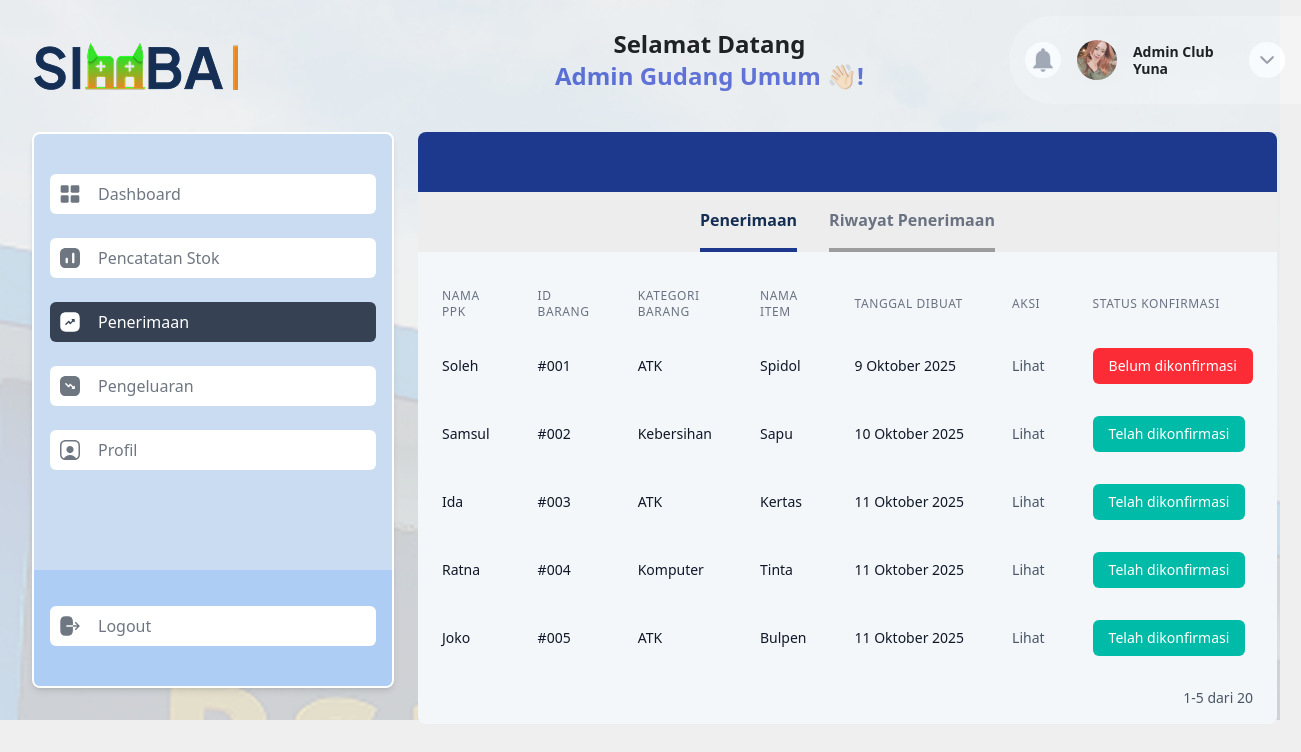
Repository: Gokerwow/inventory-fe
Page: /penerimaan
The author's editor kept a copy of each file at every save. The page is drawn from the files as they stood at one save, then again after the next save.
The browser window is 1280 px wide. The page is 1301 px wide, so the pictures cover 1301 px, including what lies to the right of the window. The pictures show the whole page.
The project was rebuilt for these pictures with package versions that can differ from the ones it lists, and the page was loaded fresh each time. Also part of the build but not shown: vite.config.ts, src/components/categoryBarChart.tsx, src/components/lineChart.tsx, src/pages/dashboard.tsx, src/pages/stokBarang.tsx, src/pages/pengeluaran.tsx, src/pages/profil.tsx.

Above is the page before, as saved 2025-10-14 18:27:49.

### index.html
<!doctype html>
<html lang="en">
  <head>
    <meta charset="UTF-8" />
    <link rel="icon" type="image/svg+xml" href="/vite.svg" />
    <meta name="viewport" content="width=device-width, initial-scale=1.0" />
    <title>inventory-fe</title>
  </head>
  <body>
    <div id="root"></div>
    <script type="module" src="/src/main.tsx"></script>
  </body>
</html>

### src/main.tsx
import { StrictMode } from 'react'
import { createRoot } from 'react-dom/client'
import './index.css'
import App from './App.tsx'
import ErrorBoundary from './components/errorBoundary.tsx'
import { BrowserRouter } from 'react-router-dom'

createRoot(document.getElementById('root')!).render(
  <StrictMode>
    <ErrorBoundary>
      <BrowserRouter>
        <App />
      </BrowserRouter>
    </ErrorBoundary>
  </StrictMode>,
)

### src/App.tsx
import './App.css'
import { Routes, Route, Navigate } from 'react-router-dom'
import Layout from './components/layout'
import Dashboard from './pages/dashboard'
import StokBarang from './pages/stokBarang'
import Penerimaan from './pages/penerimaan'
import Pengeluaran from './pages/pengeluaran'
import Profil from './pages/profil'


function App() {
  return (
    <Routes>
      <Route path="/" element={<Layout />}>
        <Route index element={<Navigate to="/dashboard" replace />} />
        <Route path="dashboard" element={<Dashboard />} />
        <Route path="pencatatan-stok" element={<StokBarang />} />
        <Route path="penerimaan" element={<Penerimaan />} />
        <Route path="pengeluaran" element={<Pengeluaran />} />
        <Route path="profil" element={<Profil />} />
      </Route>
    </Routes>
  )
}

export default App

### src/components/errorBoundary.tsx
// components/ErrorBoundary.tsx
import { ErrorBoundary as ReactErrorBoundary } from 'react-error-boundary';
import { type ReactNode } from 'react';

function ErrorFallback({ error, resetErrorBoundary }: any) {
    return (
        <div className="min-h-screen flex items-center justify-center bg-gray-100">
            <div className="bg-white p-8 rounded-lg shadow-lg max-w-md w-full">
                <h2 className="text-2xl font-bold text-red-600 mb-4">
                    Oops! Terjadi Error
                </h2>
                <div className="bg-red-50 border border-red-200 rounded p-4 mb-4">
                    <p className="text-red-800 font-semibold">Error:</p>
                    <p className="text-red-600 text-sm mt-2">{error.message}</p>
                </div>
                <details className="mb-4">
                    <summary className="cursor-pointer text-gray-600 hover:text-gray-800">
                        Stack Trace
                    </summary>
                    <pre className="mt-2 text-xs bg-gray-50 p-2 rounded overflow-auto max-h-40">
                        {error.stack}
                    </pre>
                </details>
                <button
                    onClick={resetErrorBoundary}
                    className="w-full bg-blue-600 text-white py-2 px-4 rounded hover:bg-blue-700 transition"
                >
                    Coba Lagi
                </button>
            </div>
        </div>
    );
}

interface ErrorBoundaryProps {
    children: ReactNode;
}

export default function ErrorBoundary({ children }: ErrorBoundaryProps) {
    return (
        <ReactErrorBoundary
            FallbackComponent={ErrorFallback}
            onError={(error, errorInfo) => {
                // Log error ke console atau service logging (Sentry, LogRocket, dll)
                console.error('Error caught by boundary:', error, errorInfo);
            }}
            onReset={() => {
                // Reset state aplikasi jika perlu
                window.location.href = '/';
            }}
        >
            {children}
        </ReactErrorBoundary>
    );
}

### src/App.css
@import "tailwindcss";

body {
  background-color: #EFEFEF;
}

### src/components/layout.tsx
// components/Layout.tsx
import { Outlet } from 'react-router-dom';
import SideBar from '../components/sidebar'
import TopBar from '../components/topBar'
import Background from '../assets/background.png';
import SimbaLogo from '../assets/Light Logo new 1.png';

function Layout() {
    return (
        <div className="flex flex-col h-screen">
            <div
                className="absolute inset-0 bg-no-repeat bg-cover bg-top"
                style={{ backgroundImage: `url(${Background})` }}
            />

            <div className='flex'>
                {/* Sidebar  */}
                <div className='p-4 h-screen fixed top-0 left-0 flex flex-col w-[394px] z-10'>
                    <div className='p-4'>
                        <img src={SimbaLogo} alt="Simba Logo" />
                    </div>
                    <SideBar />
                </div>

                {/* Content Area */}
                <div className="flex flex-col flex-1 ml-[394px]">
                    <TopBar />
                    <div className="flex-1 overflow-auto mb-4  p-3 px-6">
                        <Outlet/>
                    </div>
                </div>
            </div>
        </div>
    );
}

export default Layout;

### src/pages/penerimaan.tsx
import { useState } from 'react';

export default function Penerimaan() {
    const [activeTab, setActiveTab] = useState('penerimaan');

    const [data] = useState([
        {
            id: 1,
            namaPPK: 'Soleh',
            idBarang: '#001',
            kategori: 'ATK',
            namaItem: 'Spidol',
            tanggal: '9 Oktober 2025',
            status: 'Belum dikonfirmasi'
        },
        {
            id: 2,
            namaPPK: 'Samsul',
            idBarang: '#002',
            kategori: 'Kebersihan',
            namaItem: 'Sapu',
            tanggal: '10 Oktober 2025',
            status: 'Telah dikonfirmasi'
        },
        {
            id: 3,
            namaPPK: 'Ida',
            idBarang: '#003',
            kategori: 'ATK',
            namaItem: 'Kertas',
            tanggal: '11 Oktober 2025',
            status: 'Telah dikonfirmasi'
        },
        {
            id: 4,
            namaPPK: 'Ratna',
            idBarang: '#004',
            kategori: 'Komputer',
            namaItem: 'Tinta',
            tanggal: '11 Oktober 2025',
            status: 'Telah dikonfirmasi'
        },
        {
            id: 5,
            namaPPK: 'Joko',
            idBarang: '#005',
            kategori: 'ATK',
            namaItem: 'Bulpen',
            tanggal: '11 Oktober 2025',
            status: 'Telah dikonfirmasi'
        }
    ]);

    return (
        <div className="bg-[#F3F7FA]  relative z-10 rounded-lg overflow-hidden">
            {/* Header */}
            <div className="bg-blue-900 text-white px-6 py-4 h-[60px]">

            </div>

            {/* Tabs */}
            <div className="bg-[#EDEDED]">
                <div className="px-6">
                    <div className="flex gap-8 justify-center items-center">
                        <button
                            onClick={() => setActiveTab('penerimaan')}
                            className={`py-4 font-bold border-b-4 transition-colors ${activeTab === 'penerimaan'
                                    ? 'border-blue-900 text-[#152F54]'
                                    : 'border-[#9C9C9C] text-gray-500 hover:text-gray-700'
                                }`}
                        >
                            Penerimaan
                        </button>
                        <button
                            onClick={() => setActiveTab('riwayat')}
                            className={`py-4 font-bold border-b-4 transition-colors ${activeTab === 'riwayat'
                                    ? 'border-blue-900 text-[#152F54]'
                                    : 'border-[#9C9C9C] text-gray-500 hover:text-gray-700'
                                }`}
                        >
                            Riwayat Penerimaan
                        </button>
                    </div>
                </div>
            </div>

            {/* Table */}
            <div className="pt-6 bg-[#F3F7FA]">
                <div className="w-full overflow-hidden">
                    <table className="w-full mx-auto bg-[#F3F7FA]">
                        <thead className="">
                            <tr>
                                <th className="px-6 py-3 text-left text-xs font-medium text-gray-500 uppercase tracking-wider">
                                    Nama PPK
                                </th>
                                <th className="px-6 py-3 text-left text-xs font-medium text-gray-500 uppercase tracking-wider">
                                    ID Barang
                                </th>
                                <th className="px-6 py-3 text-left text-xs font-medium text-gray-500 uppercase tracking-wider">
                                    Kategori Barang
                                </th>
                                <th className="px-6 py-3 text-left text-xs font-medium text-gray-500 uppercase tracking-wider">
                                    Nama Item
                                </th>
                                <th className="px-6 py-3 text-left text-xs font-medium text-gray-500 uppercase tracking-wider">
                                    Tanggal dibuat
                                </th>
                                <th className="px-6 py-3 text-left text-xs font-medium text-gray-500 uppercase tracking-wider">
                                    Aksi
                                </th>
                                <th className="px-6 py-3 text-left text-xs font-medium text-gray-500 uppercase tracking-wider">
                                    Status konfirmasi
                                </th>
                            </tr>
                        </thead>
                        <tbody className="">
                            {data.map((item) => (
                                <tr key={item.id} className="hover:bg-blue-100">
                                    <td className="px-6 py-4 whitespace-nowrap text-sm text-gray-900">
                                        {item.namaPPK}
                                    </td>
                                    <td className="px-6 py-4 whitespace-nowrap text-sm text-gray-900">
                                        {item.idBarang}
                                    </td>
                                    <td className="px-6 py-4 whitespace-nowrap text-sm text-gray-900">
                                        {item.kategori}
                                    </td>
                                    <td className="px-6 py-4 whitespace-nowrap text-sm text-gray-900">
                                        {item.namaItem}
                                    </td>
                                    <td className="px-6 py-4 whitespace-nowrap text-sm text-gray-900">
                                        {item.tanggal}
                                    </td>
                                    <td className="px-6 py-4 whitespace-nowrap text-sm">
                                        <button className="inline-flex items-center gap-1 text-gray-600 hover:text-gray-900">
                                            {/* <Eye size={16} /> */}
                                            <span>Lihat</span>
                                        </button>
                                    </td>
                                    <td className="px-6 py-4 whitespace-nowrap text-sm">
                                        {item.status === 'Belum dikonfirmasi' ? (
                                            <button className="px-4 py-2 bg-red-500 text-white rounded-md hover:bg-red-600 transition-colors">
                                                Belum dikonfirmasi
                                            </button>
                                        ) : (
                                            <button className="px-4 py-2 bg-teal-500 text-white rounded-md hover:bg-teal-600 transition-colors">
                                                Telah dikonfirmasi
                                            </button>
                                        )}
                                    </td>
                                </tr>
                            ))}
                        </tbody>
                    </table>

                    {/* Pagination */}
                    <div className="px-6 py-4 flex justify-end text-sm text-gray-600">
                        1-5 dari 20
                    </div>
                </div>
            </div>
        </div>
    );
};

### src/components/sidebar.tsx
import DashboardIcon from '../assets/DashboardIcon.svg?react';
import ChartIcon from '../assets/Chart.svg?react';
import PenerimaanIcon from '../assets/Penerimaan.svg?react';
import PengeluaranIcon from '../assets/Pengeluaran.svg?react';
import ProfilIcon from '../assets/profil.svg?react';
import LogoutIcon from '../assets/LogoutIcon.svg?react';
import { NavLink } from 'react-router-dom';

export default function SideBar() {
    const menuItems = [
        { path: '/dashboard', icon: DashboardIcon, label: 'Dashboard' },
        { path: '/pencatatan-stok', icon: ChartIcon, label: 'Pencatatan Stok' },
        { path: '/penerimaan', icon: PenerimaanIcon, label: 'Penerimaan' },
        { path: '/pengeluaran', icon: PengeluaranIcon, label: 'Pengeluaran' },
        { path: '/profil', icon: ProfilIcon, label: 'Profil' },
    ];

    return (
        <div className='w-[394px] p-4 flex-1'>
            <div className="bg-[#CADCF2] text-white flex flex-col justify-between h-full rounded-lg overflow-hidden shadow-md border-2 border-white">
                <ul className='flex flex-col gap-6 px-4 py-10'>
                    {menuItems.map((item) => (
                        <li key={item.path}>
                            <NavLink
                                to={item.path}
                                className={({ isActive }) =>
                                    `flex items-center gap-4 p-2 rounded-md cursor-pointer transition-all duration-300 ${isActive
                                        ? 'bg-gray-700 text-white'
                                        : 'bg-white text-[#6E7781] hover:bg-gray-700 hover:text-white group'
                                    }`
                                }
                            >
                                {({ isActive }) => (
                                    <>
                                        <item.icon
                                            className={`w-6 h-6 fill-current transition-colors ${isActive
                                                ? 'text-white'
                                                : 'text-[#6E7781] group-hover:text-white'
                                                }`}
                                        />
                                        <span>{item.label}</span>
                                    </>
                                )}
                            </NavLink>
                        </li>
                    ))}

                </ul>
                <div className='w-full h-[21%] flex justify-center items-end bg-[#ADCDF4] px-4 py-10'>
                    {/* Logout - Pisah karena bukan navigasi biasa */}
                    <button
                        onClick={() => {
                            // Handle logout logic di sini
                            console.log('Logout clicked');
                        }}
                        className='flex items-center gap-4 p-2 bg-white hover:bg-red-600 group rounded-md cursor-pointer transition-all duration-300 w-full text-left'
                    >
                        <LogoutIcon className="w-6 h-6 fill-current text-[#6E7781] group-hover:text-white" />
                        <span className='text-[#6E7781] group-hover:text-white'>Logout</span>
                    </button>

                </div>
            </div>
        </div>
    );
}

### src/components/topBar.tsx
import NotifIcon from '../assets/Notification.png';
import ChevronDown from '../assets/ChevronDown.png';
import PfpExample from '../assets/Pfp Example.jpeg';

export default function TopBar() {
    return (
        <div className="w-full flex items-center justify-between gap-6 py-4 pl-4">
            <div></div>
            <div className='text-2xl font-bold'>
                <p className='text-center'>Selamat Datang</p>
                <p className='text-center text-[#4D5ED1]'>Admin Gudang Umum 👋🏻!</p>
            </div>
            <div>
                <div className='flex items-center justify-center gap-4 bg-white/30 rounded-l-full px-4 py-6'>
                    <div className='bg-white rounded-full w-9 h-9 flex items-center justify-center'>
                        <img src={NotifIcon} alt="Notification Icon" className='h-6' />
                    </div>
                    <div className='flex items-center gap-4'>
                        <div className='bg-white rounded-full w-10 h-10 flex items-center justify-center overflow-hidden'>
                            <img src={PfpExample} alt="Profile Picture" className='w-full' />
                        </div>
                        <span className='max-w-[100px] break-words leading-tight font-semibold text-sm'>Admin Club Yuna</span>
                    </div>
                    <div className='bg-white rounded-full w-9 h-9 flex items-center justify-center'>
                        <img src={ChevronDown} alt="Notification Icon" className='h-2' />
                    </div>
                </div>
            </div>
        </div>
    )
}

Loaded but not shown: src/index.css (common file)

After the next save:
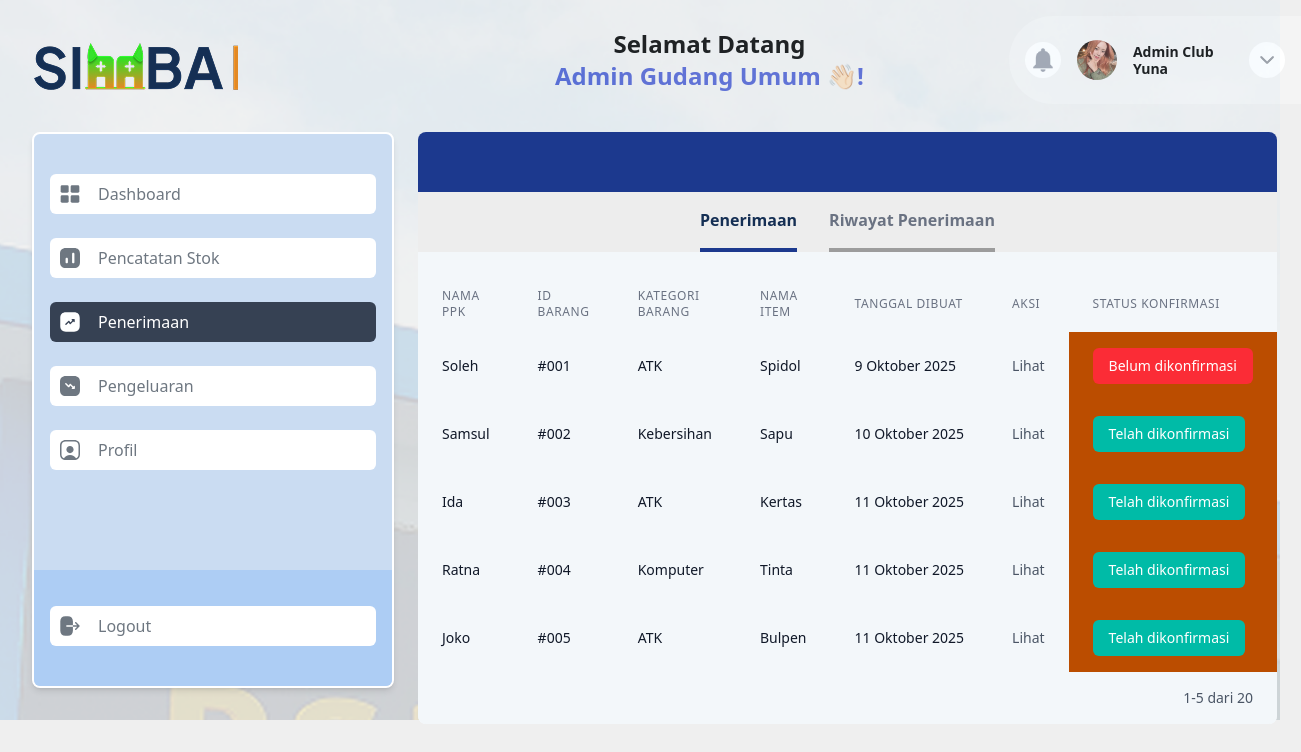
Saved 28 s later.
--- a/src/pages/penerimaan.tsx
+++ b/src/pages/penerimaan.tsx
@@ -137,7 +137,7 @@ export default function Penerimaan() {
                                             <span>Lihat</span>
                                         </button>
                                     </td>
-                                    <td className="px-6 py-4 whitespace-nowrap text-sm">
+                                    <td className="px-6 py-4 whitespace-nowrap text-sm bg-amber-700">
                                         {item.status === 'Belum dikonfirmasi' ? (
                                             <button className="px-4 py-2 bg-red-500 text-white rounded-md hover:bg-red-600 transition-colors">
                                                 Belum dikonfirmasi
